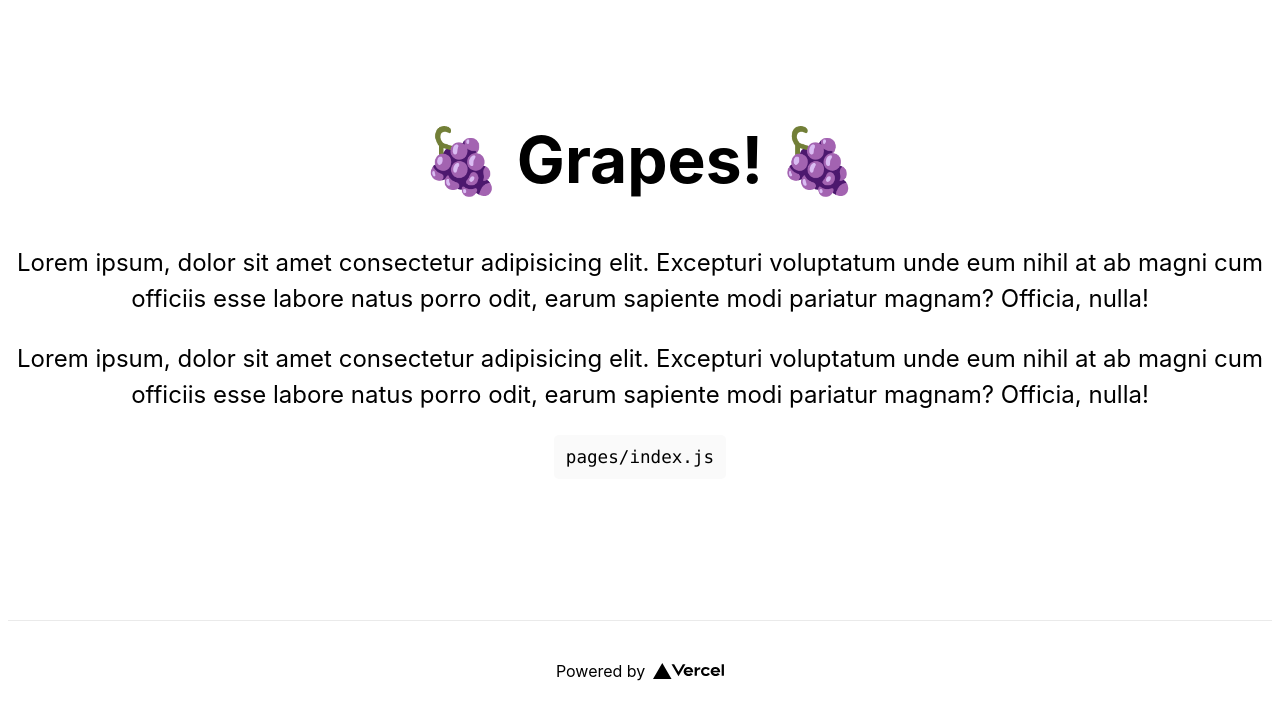
Repository: technogize/next-test-site
Page: /
These files come from the project's save history. The page is drawn as it stood at one moment and after the next save; the edit follows.
The browser window is 1280 px wide. The pictures show the whole page.
The project was rebuilt for these pictures with package versions that can differ from the ones it lists, and the page was loaded fresh each time. The framework's server and built-in components were replaced by stand-ins that run in the browser.

Above is the page before, as saved 2021-10-02 08:44:34.

After the next save:
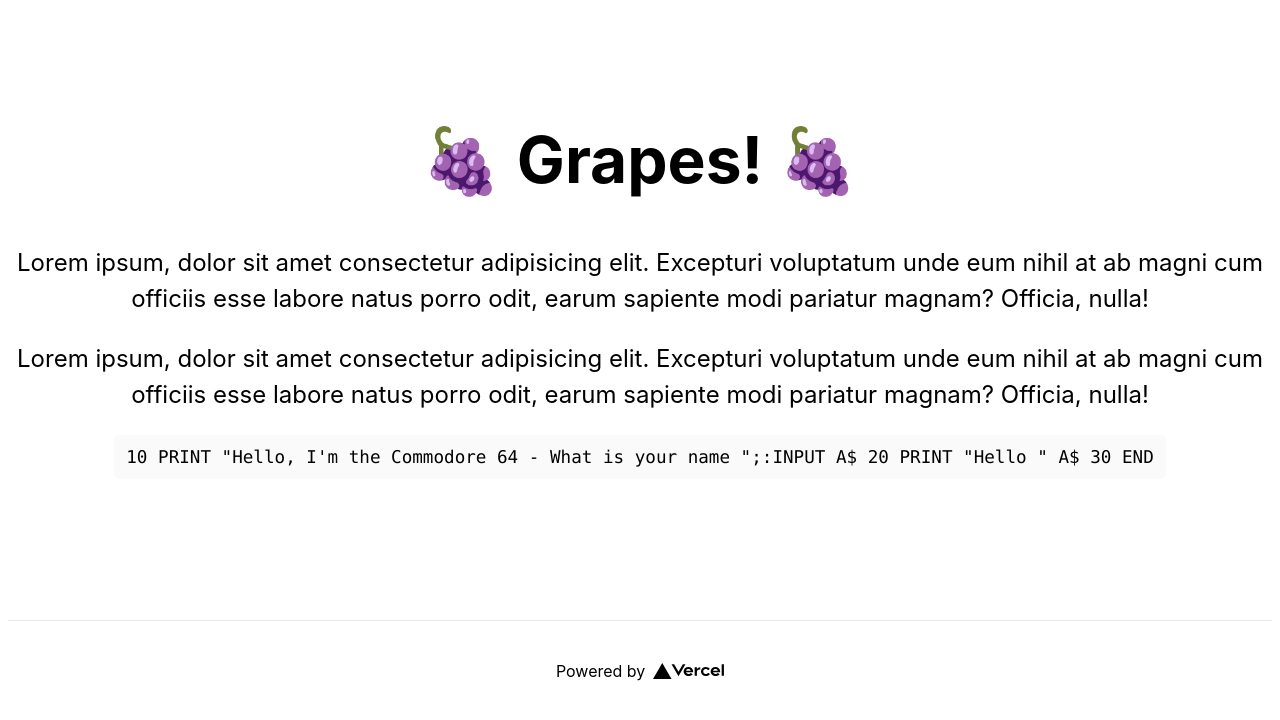
Saved 74 s later.
--- a/pages/index.js
+++ b/pages/index.js
@@ -17,7 +17,11 @@ export default function Home() {
         <p className={styles.description}>
           <p>Lorem ipsum, dolor sit amet consectetur adipisicing elit. Excepturi voluptatum unde eum nihil at ab magni cum officiis esse labore natus porro odit, earum sapiente modi pariatur magnam? Officia, nulla!</p>
           <p>Lorem ipsum, dolor sit amet consectetur adipisicing elit. Excepturi voluptatum unde eum nihil at ab magni cum officiis esse labore natus porro odit, earum sapiente modi pariatur magnam? Officia, nulla!</p>
-          <code className={styles.code}>pages/index.js</code>
+          <code className={styles.code}>
+            10 PRINT "Hello, I'm the Commodore 64 - What is your name ";:INPUT A$
+            20 PRINT "Hello " A$
+            30 END
+          </code>
         </p>
 
       </main>
